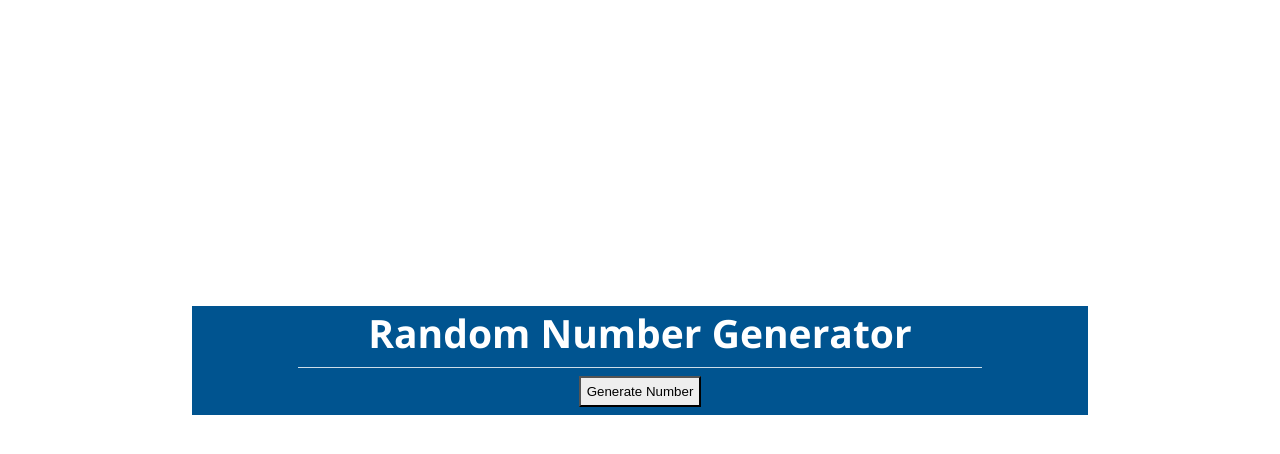
Repository: fakebrianho/100daysJS
Page: day002/index.html
An editor plug-in stored every save of this project. The page is shown before and after the next save, followed by the edit.
The browser window is 1280 px wide. The pictures show the whole page.
Some web libraries are served in a nearby version.

Above is the page before, as saved 2023-03-21 19:32:09.

### day002/index.html
<!DOCTYPE html>
<html lang="en">

<head>
  <meta charset="UTF-8" />
  <meta name="viewport" content="width=device-width, initial-scale=1.0" />
  <title>Document</title>
  <script src="https://kit.fontawesome.com/1935d064dd.js" crossorigin="anonymous"></script>
  <link rel="stylesheet" href="styles.css" />
</head>

<body>
  <main>
    <section class='container'>
      <h1 class='title'>Random Number Generator</h1>
      <div class='number'>
      </div>
      <div class='divider'></div>
      <button class='generate'>Generate Number</button>
    </section>
  </main>

  <script src="script.js"></script>
</body>

</html>

### day002/styles.css
@import url('https://fonts.googleapis.com/css2?family=Open+Sans:wght@300;400;600;700&display=swap');

:root {
	--white: #fff;
	--black: #1c2b2d;
	--blue: #31326f;
	--light-blue: #005490;
	--color-primary: #9d0191;
	--color-sec: #db6400;
	--grey: #eee;
	--dark-grey: #222831;
}

* {
	margin: 0;
	padding: 0;
	box-sizing: border-box;
}

html {
	font-size: 26px;
}

body {
	font-family: 'Open Sans', sans-serif;
}

p {
	font-size: 1.6rem;
	line-height: 1.5;
}

img {
	width: 100%;
}

main {
	width: 100vw;
	height: 100vh;
	display: flex;
	justify-content: center;
	align-items: center;
	color: white;
}

.container {
	width: 70%;
	max-width: 900px;
	display: flex;
	justify-content: center;
	align-items: center;
	flex-direction: column;
	margin: 0 auto;
	padding: 0 20px;
	background-color: var(--light-blue);
}

.generate {
	background-color: var(--grey);
	color: black;
	padding: 6px;
	margin-bottom: 8px;
}

.divider {
	background-color: white;
	margin: 8px 0px;
	width: 80%;
	opacity: 80%;
	height: 1px;
}

### day002/script.js
const generate = () => {
	const rng = document.querySelector('.generate')
	const number = document.querySelector('.number')
	rng.addEventListener('click', () => {
		number.innerHTML = Math.floor(Math.random() * 100)
	})
}
generate()

After the next save:
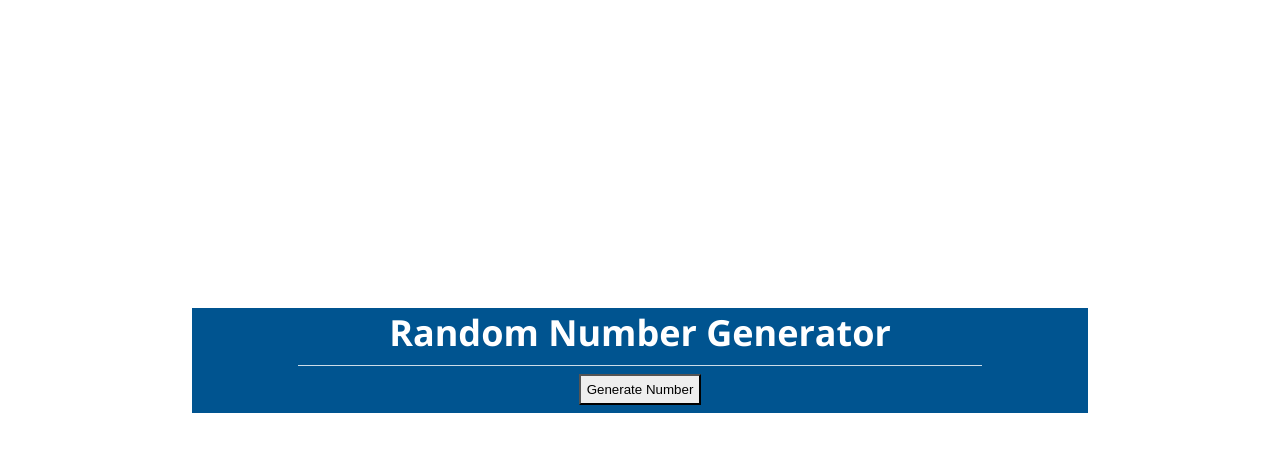
Saved 4 s later.
--- a/day002/styles.css
+++ b/day002/styles.css
@@ -18,7 +18,7 @@
 }
 
 html {
-	font-size: 26px;
+	font-size: 24px;
 }
 
 body {
